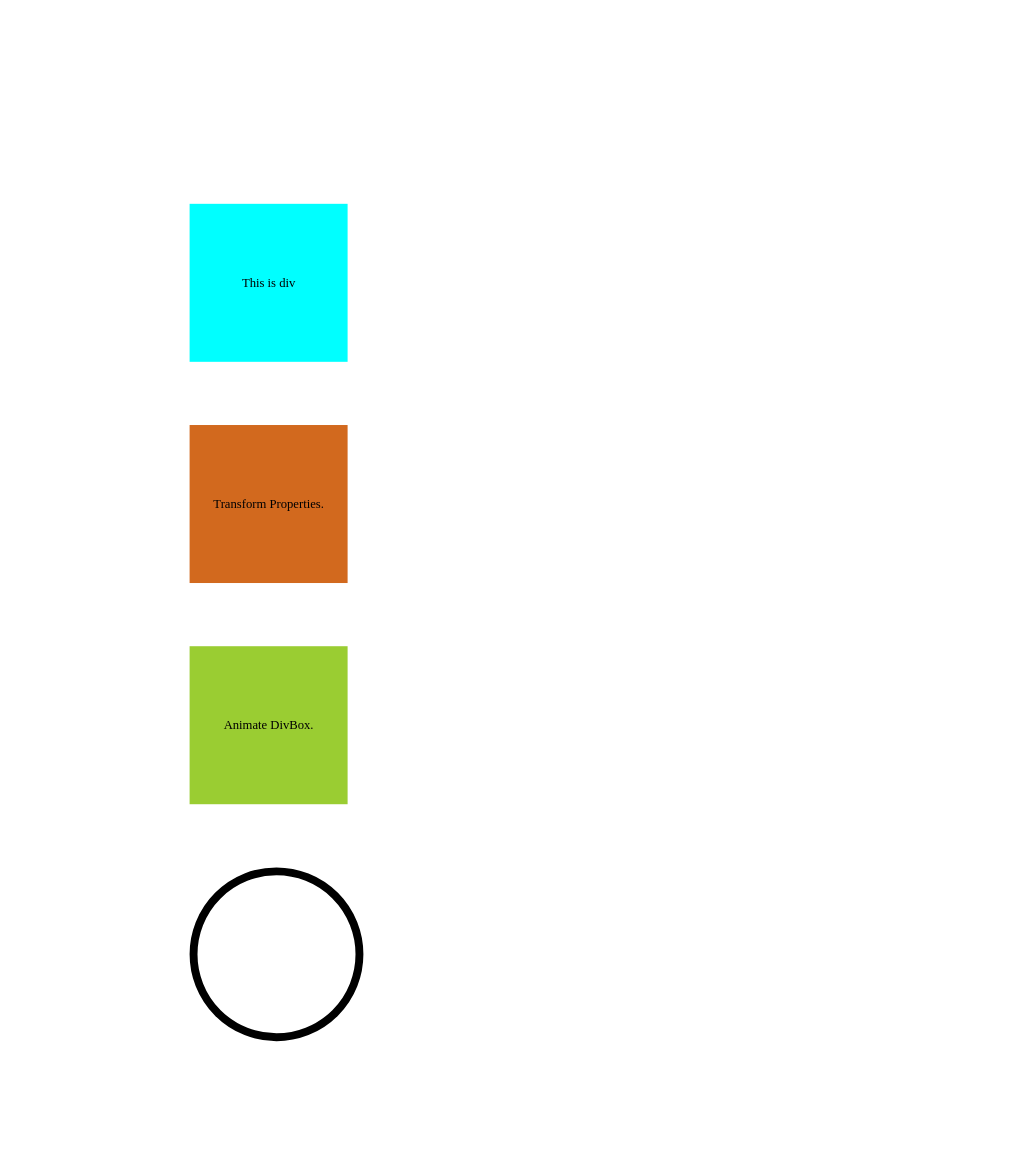
Repository: rakeshkolpepatil/CSS_Apana_College
Page: index.html
These files come from the project's save history. The page is drawn as it stood at one moment and after the next save; the edit follows.
The browser window is 1280 px wide. The pictures show the whole page, at 79% of full size.

Above is the page before, as saved 2023-06-26 17:52:29.

### index.html
<!DOCTYPE html>
<html lang="en">
<head>
  <meta charset="UTF-8">
  <meta name="viewport" content="width=device-width, initial-scale=1.0">
  <title>Transitions</title>
  <link rel="stylesheet" href="transition.css" />
</head>
<br>
  <div id="div1">
    This is div
  </div>
  <div id="transfromDiv">
    Transform Properties.
  </div>
  <div id="animateDiv">
    Animate DivBox.
  </div>
  <div id="outer">
    <div id="inner">
    </div>
  </div>
</body>
</html>

### transition.css
*{
  margin: 5rem;
}

#div1{
  width: 200px;
  height: 200px;
  background-color:aqua;
  display: flex;
  text-align: center;
  align-items: center;
  justify-content: center;
  /* transition-property: all;
  transition-duration: 2s;
  transition-timing-function: ease-out;
  transition-delay: 1s; */
  transition: all 2s ease-in-out 1s;
  /* transition-timing-function: ease-in; */
  /* transition-timing-function: cubic; */
  /* transition-timing-function: steps(5); */
  /* line-height: normal; */
  /* vertical-align: middle; */
  /* padding: 50px 0; */
}
#div1:hover{
  background-color:blueviolet;
  color: white;
  width: 600px;
}

#transfromDiv{
  width: 200px;
  height: 200px;
  margin-top: 3rem;
  background-color:chocolate;
  display: flex;
  text-align: center;
  align-items: center;
  justify-content: center;
}

#transfromDiv:hover{
  /* transform: rotate(45deg); */
  transform: rotateX(180deg);
  transform: scale(2);
}

@keyframes rotatebox {
  from { transform: rotate(0deg);}
  to { transform: rotate(180deg); }
}

@keyframes rotateboxpercent {
  0% {
    transform: rotate(0deg);
    background-color: yellowgreen
  }
  50% {
    transform: rotate(90deg);
    background-color:dodgerblue ;
  }
  100% {
    transform: rotate(180deg);
    background-color:hotpink;
  }
}

#animateDiv{
  width: 200px;
  height: 200px;
  margin-top: 3rem;
  background-color:cadetblue;
  display: flex;
  text-align: center;
  align-items: center;
  justify-content: center;
  /* animation-name: rotatebox; */
  /* animation-duration: 4s; */
  /* animation-timing-function: cubic; */
  /* animation-timing-function: linear; */
  /* animation-timing-function: steps(100); */
  /* animation-delay: 1s; */
  /* animation-iteration-count: infinite; */
  /* animation-direction: alternate-reverse; */
  animation: rotateboxpercent 4s linear 1s infinite alternate-reverse;
}

#outer{
  width: 200px;
  height: 200px;
  border-radius: 50%;
  border: 10px solid black;
}

After the next save:
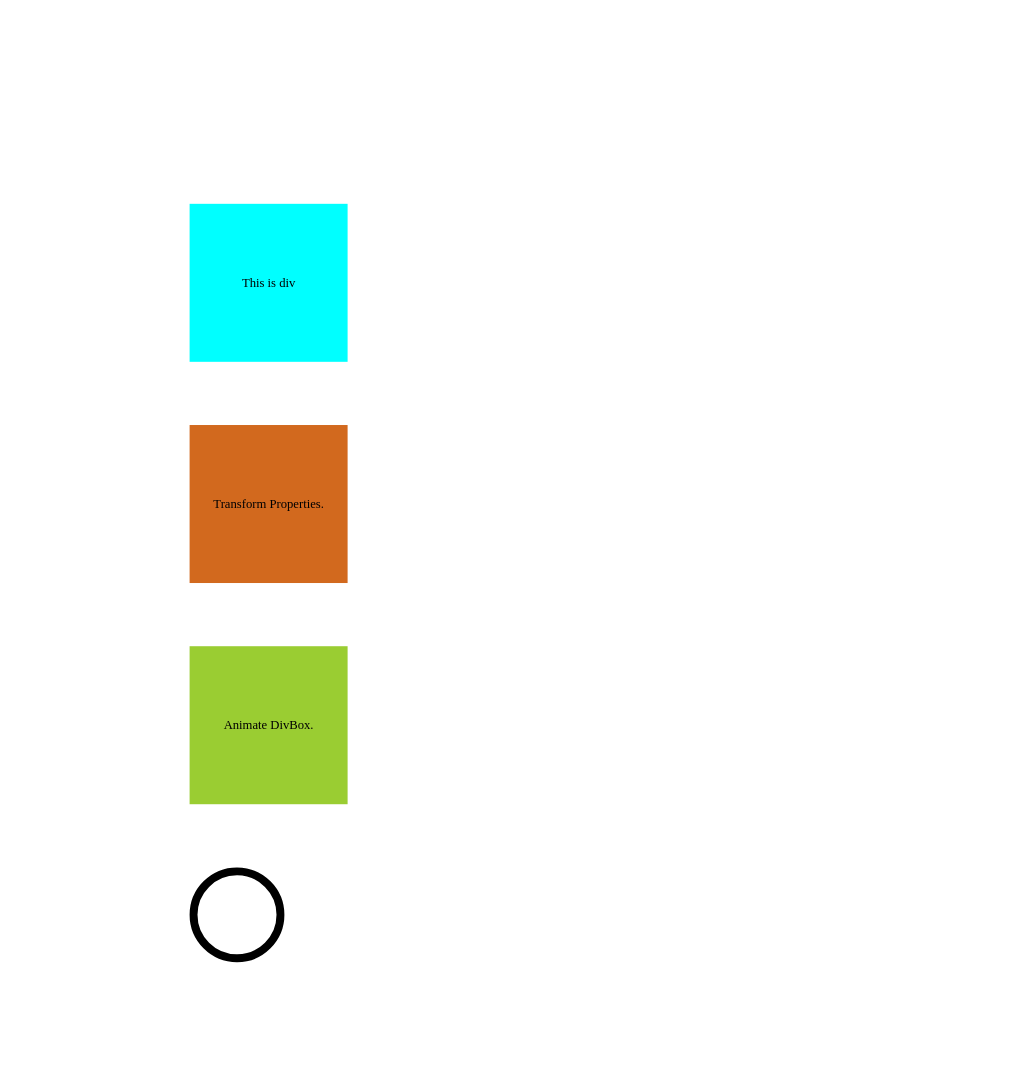
Saved 8 s later.
--- a/transition.css
+++ b/transition.css
@@ -86,8 +86,8 @@
 }
 
 #outer{
-  width: 200px;
-  height: 200px;
+  width: 100px;
+  height: 100px;
   border-radius: 50%;
   border: 10px solid black;
 }
